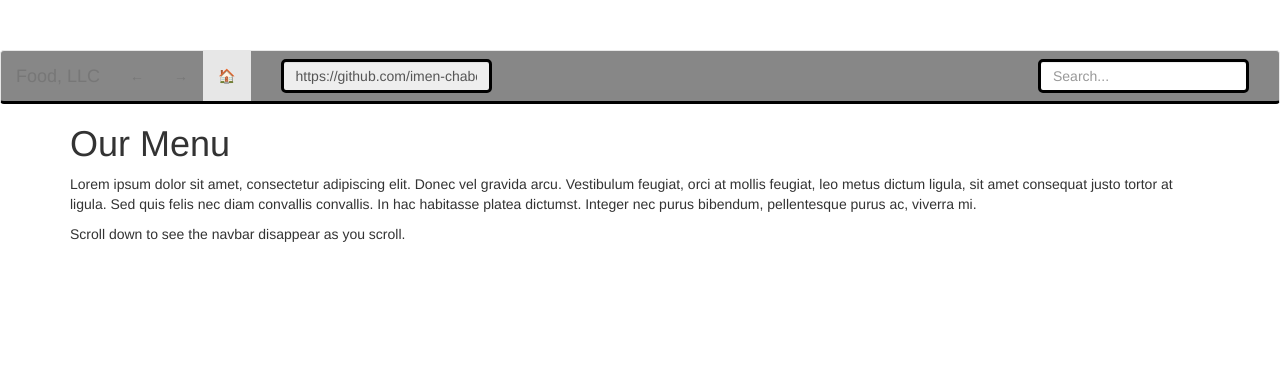
Repository: imen-chabchoub/coursera-test1
Page: mod3-solution/index.html
These files come from the project's save history. The page is drawn as it stood at one moment and after the next save; the edit follows.
The browser window is 1280 px wide. The pictures show the whole page.

Above is the page before, as saved 2025-02-12 14:34:24.

After the next save:
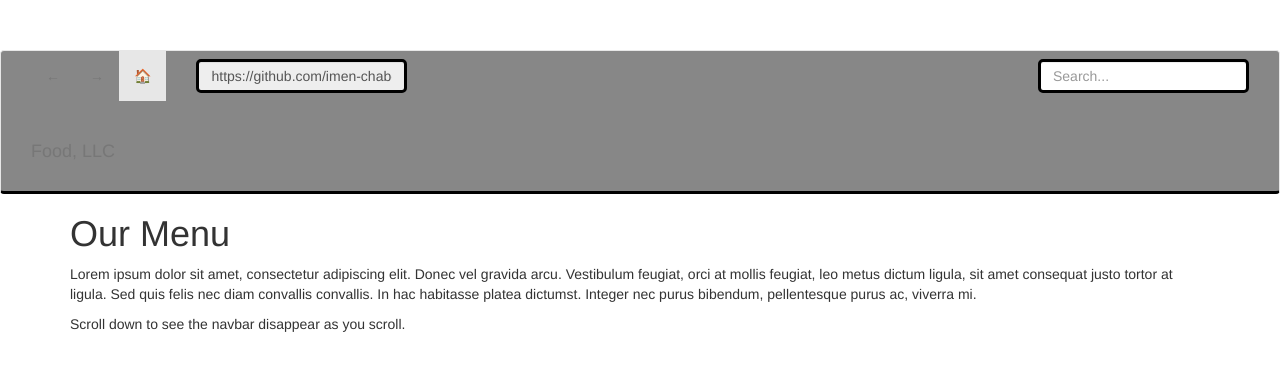
Saved 11 s later.
--- a/mod3-solution/index.html
+++ b/mod3-solution/index.html
@@ -19,7 +19,6 @@
                     <span class="icon-bar"></span>
                     <span class="icon-bar"></span>
                 </button>
-                <a class="navbar-brand" href="#">Food, LLC</a>
             </div>
 
             <!-- Collect the nav links, forms, and other content for toggling -->
@@ -36,6 +35,9 @@
                     <input type="text" class="form-control search" placeholder="Search...">
                 </div>
             </div><!-- /.navbar-collapse -->
+            <div class="navbar-text text-center">
+                <a class="navbar-brand" href="#">Food, LLC</a>
+            </div>
         </div><!-- /.container-fluid -->
     </nav>
 
